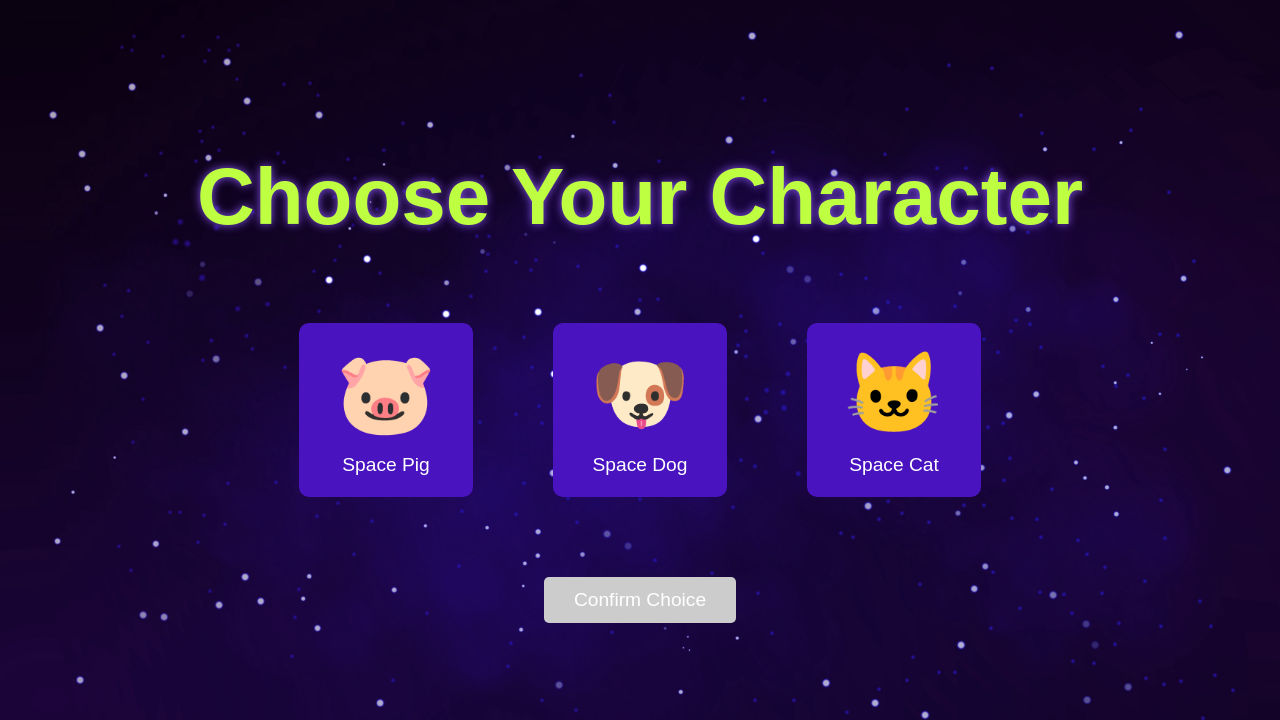
Repository: brunaguarizo/SpaceFarm
Page: index.html
An editor plug-in stored every save of this project. The page is shown before and after the next save, followed by the edit.
The browser window is 1280 px wide. The pictures show the whole page.
Some web fonts or font styles are not loaded; a fallback is used.

Above is the page before, as saved 2025-04-24 11:18:18.

### index.html
<!DOCTYPE html>
<html lang="en">
    <head>
        <meta charset="UTF-8" />
        <meta
            name="viewport"
            content="width=device-width, initial-scale=1.0" />
        <title>Space Animals Game</title>
        <link
            rel="stylesheet"
            href="styles.css" />

        <link
            rel="preconnect"
            href="https://fonts.googleapis.com" />
        <link
            rel="preconnect"
            href="https://fonts.gstatic.com"
            crossorigin />
        <link
            href="https://fonts.googleapis.com/css2?family=Ranchers&display=swap"
            rel="stylesheet" />
    </head>
    <body>
        <div id="game-container">
            <!-- Character Selection Screen -->
            <div id="character-select">
                <h1>Choose Your Character</h1>
                <div class="character-options">
                    <div
                        class="character-option"
                        data-character="pig">
                        <div class="character-icon">🐷</div>
                        <div class="character-label">Space Pig</div>
                    </div>
                    <div
                        class="character-option"
                        data-character="dog">
                        <div class="character-icon">🐶</div>
                        <div class="character-label">Space Dog</div>
                    </div>
                    <div
                        class="character-option"
                        data-character="cat">
                        <div class="character-icon">🐱</div>
                        <div class="character-label">Space Cat</div>
                    </div>
                </div>
                <button
                    id="confirm-btn"
                    disabled>
                    Confirm Choice
                </button>
            </div>

            <!-- Game Screen -->
            <div id="game-screen">
                <div id="player"></div>
                <div id="score-container">
                    <div id="score">Score: 0</div>
                    <button id="pause-btn">Pause</button>
                </div>
            </div>

            <!-- Pause Screen -->
            <div id="pause-screen">
                <h2>Game Paused</h2>
                <button id="resume-btn">Resume</button>
            </div>

            <!-- Game Over Screen -->
            <div id="game-over">
                <h2>Game Over</h2>
                <div id="final-score">Score: 0</div>
                <button id="restart-btn">Play Again</button>
            </div>
        </div>

        <script src="script.js"></script>
    </body>
</html>

### styles.css
body {
    margin: 0;
    padding: 0;
    overflow: hidden;
    font-family: var(--font-family);
    background-color: var(--mid-green);
}

#game-container {
    position: relative;
    width: 100vw;
    height: 100vh;
    background-image: url("img/space-bg.jpg");
    background-size: cover;
    overflow: hidden;
}

/* Character Selection Screen */
#character-select {
    position: absolute;
    width: 100%;
    height: 100%;
    display: flex;
    flex-direction: column;
    justify-content: center;
    align-items: center;
    z-index: 10;
}

#character-select h1 {
    color: var(--light-green);
    font-size: var(--header);
    margin-bottom: var(--space-extra-large);
    text-shadow: 0 0 10px var(--mid-purple);
}

.character-options {
    display: flex;
    gap: var(--space-extra-large);
    margin-bottom: var(--space-extra-large);
}

.character-option {
    width: 150px;
    height: 150px;
    background-color: var(--dark-purple);
    border-radius: 10px;
    display: flex;
    flex-direction: column;
    align-items: center;
    justify-content: center;
    cursor: pointer;
    transition: transform 0.3s, box-shadow 0.3s;
    padding: 10px;
    border: 2px solid transparent;
}

.character-option:hover {
    transform: scale(1.05);
    box-shadow: 0 0 15px rgba(255, 255, 255, 0.5);
}

.character-option.selected {
    border-color: #ff9900;
    box-shadow: 0 0 20px #ff9900;
}

.character-icon {
    width: 100px;
    height: 100px;
    font-size: 80px;
    display: flex;
    justify-content: center;
    align-items: center;
}

.character-label {
    color: white;
    font-size: 1.2rem;
    margin-top: 10px;
}

#confirm-btn {
    padding: 12px 30px;
    background-color: #4caf50;
    color: white;
    border: none;
    border-radius: 5px;
    font-size: 1.2rem;
    cursor: pointer;
    transition: background-color 0.3s;
}

#confirm-btn:hover {
    background-color: #45a049;
}

#confirm-btn:disabled {
    background-color: #cccccc;
    cursor: not-allowed;
}

/* Game Screen */
#game-screen {
    display: none;
    position: absolute;
    width: 100%;
    height: 100%;
}

#player {
    position: absolute;
    width: 60px;
    height: 60px;
    left: 100px;
    top: 50%;
    transform: translateY(-50%);
    font-size: 50px;
    line-height: 1;
    z-index: 5;
}

.asteroid {
    position: absolute;
    font-size: 30px;
    color: #aaa;
}

#score-container {
    position: absolute;
    top: 20px;
    right: 20px;
    display: flex;
    align-items: center;
    gap: 20px;
    z-index: 5;
}

#score {
    color: white;
    font-size: 24px;
    font-weight: bold;
    background-color: rgba(0, 0, 0, 0.5);
    padding: 10px 20px;
    border-radius: 10px;
}

#pause-btn {
    background-color: rgba(0, 0, 0, 0.5);
    color: white;
    border: none;
    border-radius: 5px;
    font-size: 18px;
    padding: 10px 15px;
    cursor: pointer;
    transition: background-color 0.3s;
}

#pause-btn:hover {
    background-color: rgba(0, 0, 0, 0.7);
}

/* Game Over Screen */
#game-over {
    display: none;
    position: absolute;
    top: 0;
    left: 0;
    width: 100%;
    height: 100%;
    background-color: rgba(0, 0, 0, 0.8);
    z-index: 15;
    flex-direction: column;
    justify-content: center;
    align-items: center;
}

#game-over h2 {
    color: #ff3333;
    font-size: 3.5rem;
    margin-bottom: 1rem;
    text-shadow: 0 0 10px rgba(255, 0, 0, 0.5);
}

#final-score {
    color: white;
    font-size: 2rem;
    margin-bottom: 2rem;
}

#restart-btn {
    padding: 12px 30px;
    background-color: #3366ff;
    color: white;
    border: none;
    border-radius: 5px;
    font-size: 1.2rem;
    cursor: pointer;
    transition: background-color 0.3s;
}

#restart-btn:hover {
    background-color: #2952cc;
}

/* Utility Classes */
.invisible {
    opacity: 0;
}

/* Pause Screen */
#pause-screen {
    display: none;
    position: absolute;
    top: 0;
    left: 0;
    width: 100%;
    height: 100%;
    background-color: rgba(0, 0, 0, 0.7);
    z-index: 12;
    flex-direction: column;
    justify-content: center;
    align-items: center;
    color: white;
}

#pause-screen h2 {
    font-size: 3rem;
    margin-bottom: 2rem;
}

#resume-btn {
    padding: 12px 30px;
    background-color: #4caf50;
    color: white;
    border: none;
    border-radius: 5px;
    font-size: 1.2rem;
    cursor: pointer;
    transition: background-color 0.3s;
}

#resume-btn:hover {
    background-color: #45a049;
}

/* --------------------------- variables  --------------------------- */
:root {
    --font-family: "Ranchers", sans-serif;
    --header: 80px;
    --text: 16px;

    --light-green: #bfff41;
    --mid-green: #a3de1a;
    --dark-green: #46b800;
    --light-pink: #ffc2ec;
    --mid-pink: #f0429c;
    --dark-pink: #910b64;
    --light-purple: #dcccff;
    --mid-purple: #8655ef;
    --dark-purple: #4913bf;

    --space-extra-small: 4px;
    --space-small: 8px;
    --space-regukar: 16px;
    --space-medium: 32px;
    --space-large: 48px;
    --space-extra-large: 80px;
}

### script.js
// Game variables
let selectedCharacter = "";
let score = 0;
let playerElement;
let gameRunning = false;
let isPaused = false;
let playerY;
let asteroids = [];
let gameLoopInterval;
let asteroidInterval;
let gameHeight;
let gameWidth;

// Character emoji mapping
const characterEmojis = {
    pig: "🐷",
    dog: "🐶",
    cat: "🐱",
};

// Asteroid options
const asteroidOptions = ["🌑", "☄️", "🪨", "💫"];

// DOM elements
const characterOptions = document.querySelectorAll(".character-option");
const confirmBtn = document.getElementById("confirm-btn");
const characterSelectScreen = document.getElementById("character-select");
const gameScreen = document.getElementById("game-screen");
const pauseBtn = document.getElementById("pause-btn");
const pauseScreen = document.getElementById("pause-screen");
const resumeBtn = document.getElementById("resume-btn");
const gameOverScreen = document.getElementById("game-over");
const finalScoreDisplay = document.getElementById("final-score");
const restartBtn = document.getElementById("restart-btn");
const scoreDisplay = document.getElementById("score");

// Initialize the game
function init() {
    // Character selection event listeners
    characterOptions.forEach((option) => {
        option.addEventListener("click", () => {
            // Remove selected class from all options
            characterOptions.forEach((opt) => opt.classList.remove("selected"));
            // Add selected class to clicked option
            option.classList.add("selected");
            // Store selected character
            selectedCharacter = option.dataset.character;
            // Enable confirm button
            confirmBtn.disabled = false;
        });
    });

    // Confirm button event listener
    confirmBtn.addEventListener("click", startGame);

    // Pause button event listener
    pauseBtn.addEventListener("click", togglePause);

    // Resume button event listener
    resumeBtn.addEventListener("click", togglePause);

    // Restart button event listener
    restartBtn.addEventListener("click", restartGame);

    // Keyboard event listeners
    document.addEventListener("keydown", handleKeyPress);
}

// Start the game
function startGame() {
    // Hide character selection screen
    characterSelectScreen.style.display = "none";
    // Show game screen
    gameScreen.style.display = "block";

    // Set up player
    playerElement = document.getElementById("player");
    playerElement.innerHTML = characterEmojis[selectedCharacter];

    // Initialize variables
    gameHeight = window.innerHeight;
    gameWidth = window.innerWidth;
    score = 0;
    updateScore();
    playerY = gameHeight / 2;
    gameRunning = true;
    isPaused = false;
    asteroids = [];

    // Position player
    updatePlayerPosition();

    // Start game loop
    gameLoopInterval = setInterval(gameLoop, 16); // ~60fps

    // Start spawning asteroids
    spawnAsteroid(); // Spawn first asteroid immediately
    asteroidInterval = setInterval(spawnAsteroid, 1500); // Then every 1.5 seconds
}

// Game loop
function gameLoop() {
    if (!gameRunning || isPaused) return;

    // Move asteroids
    moveAsteroids();

    // Check collisions
    checkCollisions();
}

// Handle keyboard input
function handleKeyPress(e) {
    if (!gameRunning || isPaused) return;

    const moveDistance = 20;

    if (e.key === "ArrowUp" || e.key === "w") {
        // Move up
        playerY = Math.max(50, playerY - moveDistance);
        updatePlayerPosition();
    } else if (e.key === "ArrowDown" || e.key === "s") {
        // Move down
        playerY = Math.min(gameHeight - 50, playerY + moveDistance);
        updatePlayerPosition();
    }
}

// Update player position on screen
function updatePlayerPosition() {
    playerElement.style.top = `${playerY}px`;
}

// Spawn a new asteroid
function spawnAsteroid() {
    if (!gameRunning || isPaused) return;

    // Create asteroid element
    const asteroid = document.createElement("div");
    asteroid.classList.add("asteroid");

    // Set random asteroid type
    const asteroidType =
        asteroidOptions[Math.floor(Math.random() * asteroidOptions.length)];
    asteroid.innerHTML = asteroidType;

    // Set random position (y-axis)
    const asteroidY = Math.random() * (gameHeight - 100) + 50;

    // Set asteroid properties
    asteroid.style.left = `${gameWidth}px`;
    asteroid.style.top = `${asteroidY}px`;

    // Add to game screen
    gameScreen.appendChild(asteroid);

    // Add to asteroids array
    asteroids.push({
        element: asteroid,
        x: gameWidth,
        y: asteroidY,
        speed: Math.random() * 3 + 5, // Random speed between 5-8
        passed: false,
    });
}

// Move all asteroids
function moveAsteroids() {
    for (let i = asteroids.length - 1; i >= 0; i--) {
        const asteroid = asteroids[i];

        // Move asteroid
        asteroid.x -= asteroid.speed;
        asteroid.element.style.left = `${asteroid.x}px`;

        // Check if asteroid passed the player
        if (!asteroid.passed && asteroid.x < 100) {
            asteroid.passed = true;
            score += 10;
            updateScore();
        }

        // Remove asteroid if it's off-screen
        if (asteroid.x < -50) {
            gameScreen.removeChild(asteroid.element);
            asteroids.splice(i, 1);
        }
    }
}

// Check for collisions
function checkCollisions() {
    const playerRect = {
        x: 100,
        y: playerY - 30,
        width: 60,
        height: 60,
    };

    for (const asteroid of asteroids) {
        const asteroidRect = {
            x: asteroid.x,
            y: asteroid.y - 15,
            width: 30,
            height: 30,
        };

        // Check if player and asteroid rectangles intersect
        if (
            playerRect.x < asteroidRect.x + asteroidRect.width &&
            playerRect.x + playerRect.width > asteroidRect.x &&
            playerRect.y < asteroidRect.y + asteroidRect.height &&
            playerRect.y + playerRect.height > asteroidRect.y
        ) {
            // Collision detected
            gameOver();
            return;
        }
    }
}

// Update score display
function updateScore() {
    scoreDisplay.textContent = `Score: ${score}`;
}

// Toggle pause state
function togglePause() {
    isPaused = !isPaused;

    if (isPaused) {
        pauseScreen.style.display = "flex";
    } else {
        pauseScreen.style.display = "none";
    }
}

// Game over
function gameOver() {
    gameRunning = false;

    // Clear intervals
    clearInterval(gameLoopInterval);
    clearInterval(asteroidInterval);

    // Update final score
    finalScoreDisplay.textContent = `Score: ${score}`;

    // Show game over screen
    gameOverScreen.style.display = "flex";
}

// Restart game
function restartGame() {
    // Clear asteroids
    asteroids.forEach((asteroid) => {
        if (asteroid.element.parentNode) {
            asteroid.element.parentNode.removeChild(asteroid.element);
        }
    });

    // Hide game over screen
    gameOverScreen.style.display = "none";

    // Go back to character selection
    gameScreen.style.display = "none";
    characterSelectScreen.style.display = "flex";

    // Reset character selection
    characterOptions.forEach((opt) => opt.classList.remove("selected"));
    confirmBtn.disabled = true;
    selectedCharacter = "";
}

// Initialize the game when the page loads
window.addEventListener("load", init);

After the next save:
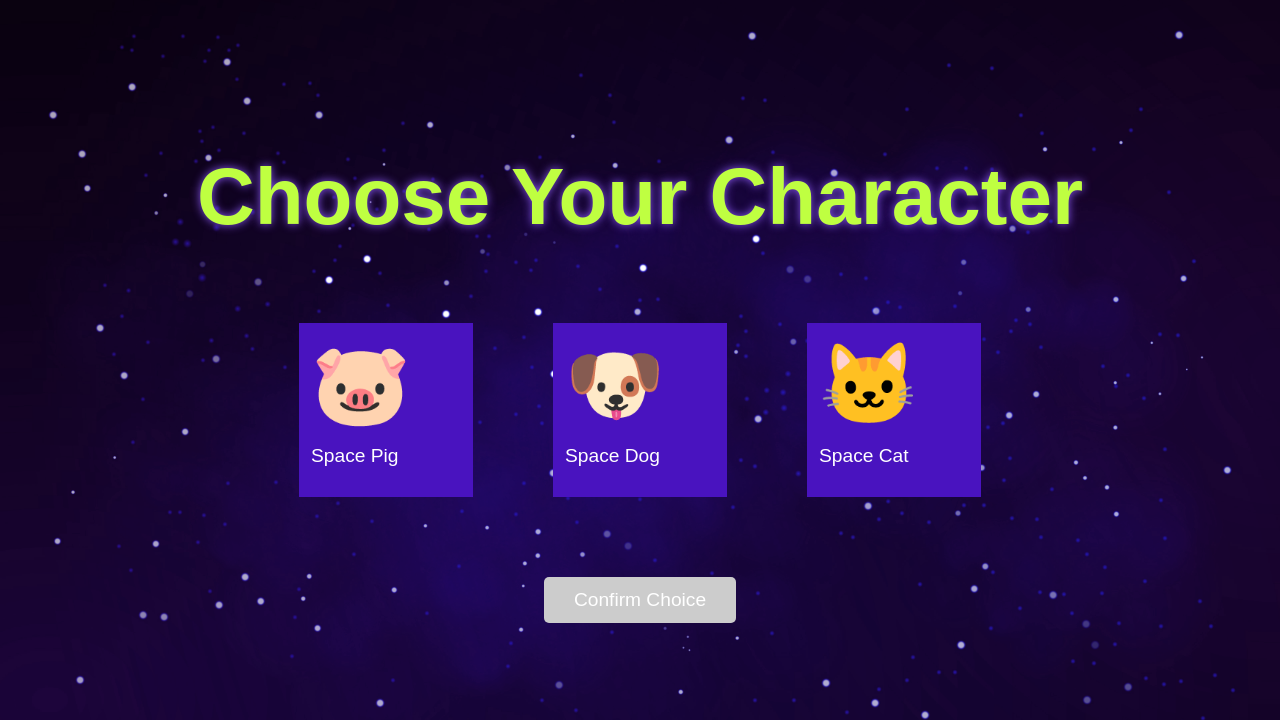
Saved 15 s later.
--- a/styles.css
+++ b/styles.css
@@ -44,7 +44,7 @@ body {
     width: 150px;
     height: 150px;
     background-color: var(--dark-purple);
-    border-radius: 10px;
+    border-radius: var(--space-small)
     display: flex;
     flex-direction: column;
     align-items: center;
